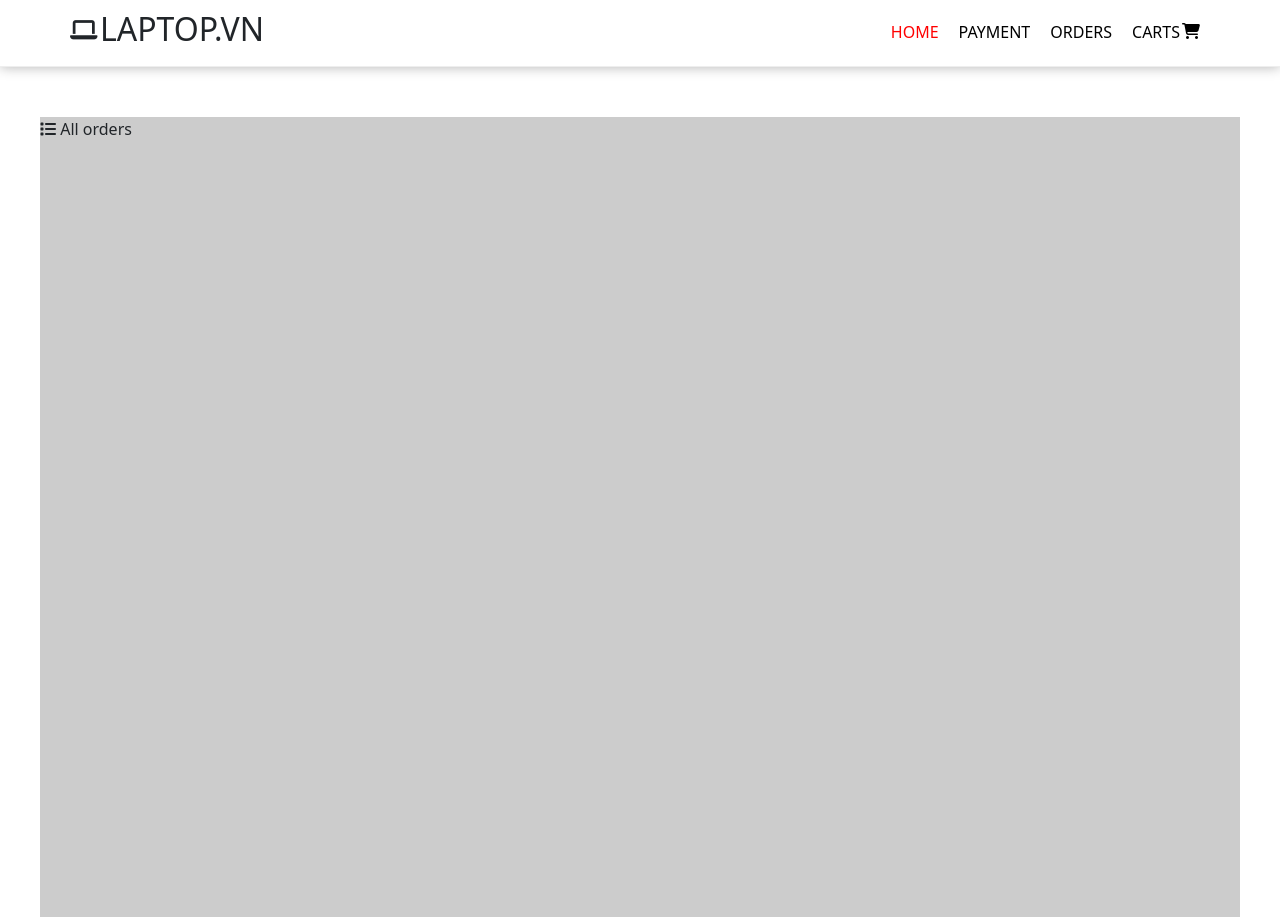
Repository: nguyenhaidang212/danh-sach-ban-hang
Page: index.html
These files come from the project's save history. The page is drawn as it stood at one moment and after the next save; the edit follows.
The browser window is 1280 px wide. The pictures show the whole page.
The page's requests for data from a server got no answer. Some web libraries are served in a nearby version.

Above is the page before, as saved 2023-02-26 17:06:34.
Console error: TypeError: Cannot read properties of null (reading 'forEach')

### index.html
<!DOCTYPE html>
<html lang="en">
  <head>
    <meta charset="UTF-8" />
    <meta http-equiv="X-UA-Compatible" content="IE=edge" />
    <meta name="viewport" content="width=device-width, initial-scale=1.0" />
    <title>LaptopSHOP</title>
    <script
      src="https://kit.fontawesome.com/2568d54abe.js"
      crossorigin="anonymous"
    ></script>
    <link
      href="https://cdn.jsdelivr.net/npm/bootstrap@5.3.0-alpha1/dist/css/bootstrap.min.css"
      rel="stylesheet"
      integrity="sha384-GLhlTQ8iRABdZLl6O3oVMWSktQOp6b7In1Zl3/Jr59b6EGGoI1aFkw7cmDA6j6gD"
      crossorigin="anonymous"
    />
    <script
      src="https://cdn.jsdelivr.net/npm/bootstrap@5.3.0-alpha1/dist/js/bootstrap.bundle.min.js"
      integrity="sha384-w76AqPfDkMBDXo30jS1Sgez6pr3x5MlQ1ZAGC+nuZB+EYdgRZgiwxhTBTkF7CXvN"
      crossorigin="anonymous"
    ></script>
    <link rel="stylesheet" href="style.css" />
  </head>
  <body>
    <header>
      <div class="header">
        <div class="header-title">
          <i class="fa-solid fa-laptop header-icon-title"></i>
          <h2>LAPTOP.VN</h2>
        </div>
        <div class="header-menu">
          <div class="menu-link header-menu-home">
            <span class="none home" href="">HOME</span>
          </div>
          <div class="menu-link header-menu-about">
            <span class="none payment" href="">PAYMENT</span>
          </div>
          <div class="menu-link header-menu-order">
            <span class="none order" href="">ORDERS</span>
          </div>
          <div class="menu-link carts header-menu-bill">
            <span class="none buy_display" href="">CARTS</span>
            <i class="fas fa-shopping-cart buy_display buy_icon"> </i>
          </div>
          <div class="buy_count" style="display: none"></div>
          <div class="line"></div>
        </div>
      </div>
    </header>
    <!-- Trang giao dien -->
    <main class="main_menu" style="display: none">
      <div class="list"></div>
    </main>
    <!-- Trang danh sach -->
    <main class="main_buy" style="display: none">
      <div class="title">
        <span>Product Name</span><span>Quantity</span><span>Subtotal</span
        ><span>Total</span><span>Clear Cart</span>
      </div>
      <div class="img" style="display: none">
        <img src="./imgs/117-1170538_404-your-cart-is-empty.png" alt="" />
      </div>
      <div class="info"></div>
      <div class="buy">
        <button id="back" class="back">Back to Shopping</button>
        <div class="total">
          <strong>Total: $</strong>
          <div class="bill"></div>
          <button id="buy">Buy</button>
        </div>
      </div>
    </main>
    <!-- Trang thong tin -->
    <main class="main_info" style="display: none">
      <div class="buy_form">
        <div class="form_title">
          <h1>Thông tin người mua</h1>
          <i class="fa-solid fa-circle-xmark close"></i>
        </div>
        <div class="form_content">
          <div class="form_grid">
            <div class="username">
              <div class="form_wrong"></div>
              <div class="input-group mb-3">
                <span class="input-group-text" id="basic-addon1">Họ</span>
                <input
                  type="text"
                  class="form-control form_username"
                  aria-label="Username"
                  aria-describedby="basic-addon1"
                />
              </div>
              <div class="form_wrong"></div>
              <div class="input-group mb-3">
                <span class="input-group-text" id="basic-addon1">Tên</span>
                <input
                  type="text"
                  class="form-control form_username2"
                  aria-label="Username"
                  aria-describedby="basic-addon1"
                />
              </div>
            </div>
            <div class="form_wrong"></div>
            <div class="input-group mb-3">
              <span class="input-group-text" id="basic-addon1">Email</span>
              <input
                type="text"
                class="form-control form_email"
                aria-label="Username"
                aria-describedby="basic-addon1"
              />
            </div>
            <div class="form_wrong"></div>
            <div class="input-group mb-3">
              <span class="input-group-text" id="basic-addon1"
                >Số điện thoại</span
              >
              <input
                type="text"
                class="form-control form_number"
                aria-label="Username"
                aria-describedby="basic-addon1"
              />
            </div>
            <div id="address">Địa chỉ</div>
            <div class="form_wrong form_address"></div>
            <div class="address">
              <select
                class="form-select select-city"
                aria-label="Default select example"
              >
                <option selected value="" class="option-city">
                  --Chọn Tỉnh/Thành phố--
                </option>
              </select>
              <select
                class="form-select select-district"
                aria-label="Default select example"
              >
                <option selected>--Chọn Huyện/Quận--</option>
              </select>
              <select
                class="form-select select-ward"
                aria-label="Default select example"
              >
                <option selected>--Chọn Xã--</option>
              </select>
            </div>
            <div class="form_wrong"></div>
            <div class="input-group mb-3">
              <input
                type="text"
                class="form-control form_home"
                placeholder="Số nhà"
                aria-label="Username"
                aria-describedby="basic-addon1"
              />
            </div>
            <div class="form-floating">
              <textarea
                class="form-control form_message"
                placeholder="Leave a comment here"
                id="floatingTextarea2"
                style="height: 100px"
              ></textarea>
              <label for="floatingTextarea2">Lời nhắn</label>
            </div>
          </div>
        </div>
        <div class="confirm">
          <button type="button" class="btn btn-danger cancer">Hủy</button>
          <button type="button" class="btn btn-primary show btn-confirm">
            Trang thanh toán
          </button>
        </div>
      </div>
    </main>
    <!-- Trang thanh toan -->
    <main class="main_confirm" style="display: none">
      <div class="confirm_grid">
        <div class="confirm_title">
          <strong>Code</strong>
        </div>
        <div class="confirm_title"><strong>Customer Name</strong></div>
        <div class="confirm_title"><strong>Date</strong></div>
        <div class="confirm_title"><strong>Item Numbers</strong></div>
        <div class="confirm_title"><strong>Total Quantity</strong></div>
        <div class="confirm_title"><strong>Totol Price</strong></div>
        <div class="confirm_title"><strong>Return</strong></div>
      </div>
      <div class="confirm_item_buy" style="display: none">
        <i class="fa-solid fa-circle-xmark close_list"></i>
        <div class="item_buy_title">
          <strong>Name</strong> <strong>Price</strong><strong>Quantity</strong>
        </div>
      </div>
      <div class="confirm_btn">
        <button class="back" id="back2">Back to Shopping</button>
        <button class="finish" id="">Xác nhận</button>
      </div>
      <div class="max_item"></div>
    </main>
    <!-- Don hang thanh cong -->
    <div class="success" style="display: none">
      Bạn đã mua hàng thành công !
    </div>
    <!-- Trang danh sach don hang -->
    <main id="order">
      <div class="order-title">
        <i class="fa-solid fa-list"></i>
        <span>All orders</span>
      </div>
    </main>
    <script src="main.js"></script>
    <script src="api.js"></script>
    <script src="style.js"></script>
  </body>
</html>

### style.css
* {
  padding: 0;
  margin: 0;
  box-sizing: border-box;
}
.form {
  display: inline-grid;
  grid-template-columns: 150px 150px 150px 150px;
  column-gap: 20px;
  row-gap: 20px;
  text-align: center;
  margin-bottom: 20px;
}
/* header */
.header {
  display: flex;
  border-bottom: 1px solid #eee;
  width: 100%;
  padding: 10px 100px 10px;
  justify-content: space-between;
  box-shadow: 0 0 12px 0 rgba(0, 0, 0, 0.3);
}
.header-title {
  display: flex;
  font-size: 20px;
}
.header-icon-title {
  position: absolute;
  left: 70px;
  top: 19px;
  font-size: 22px;
}
.none {
  cursor: pointer;
}
.header-menu {
  display: flex;
  grid-template-columns: 50px 50px 50px 50px;
  column-gap: 20px;
  margin-top: 10px;
  position: relative;
}
li {
  list-style: none;
}
li:hover {
  cursor: pointer;
}
.line {
  height: 2px;
  background-color: red;
  position: fixed;
  pointer-events: none;
  transition: all 0.2s linear;
}
.home {
  color: red;
}
/* .header-menu::after {
  width: 40px;
  height: 2px;
  background-color: red;
  content: "";
  position: absolute;
  top: 30px;
  left: 0;
  transition: transform linear 0.1s;
} */

.header-menu {
  text-decoration: none;
  color: black;
  position: relative;
}
.buy_count {
  width: 24px;
  height: 24px;
  padding: 4px;
  background-color: red;
  position: absolute;
  border-radius: 50%;
  right: -36px;
  border: 2px solid #fff;
  top: -12px;
  color: white;
  line-height: 12px;
  font-size: 12px;
  text-align: center;
}
/* main_menu */
main {
  width: 1200px;
  margin: 20px auto;
}
.list {
  display: grid;
  margin: 0 225px;
  grid-template-columns: 180px 180px 180px 180px;
  column-gap: 10px;
  row-gap: 20px;
  text-align: center;
}
.item {
  border: 2px solid #eee;
  position: relative;
  z-index: 1;
  box-shadow: 0 1px 2px 0 rgba(0, 0, 0, 0.1);
  transition: transform linear 0.1s;
  /* max-height: 200px;
  overflow: hidden; */
}
.item:hover {
  box-shadow: 0 1px 20px 0 rgba(0, 0, 0, 0.05);
  transform: translateY(-1px);
}
.item-imgs {
  width: 100%;
  height: 180px;
  display: flex;
  justify-content: center;
  align-items: center;
  margin-bottom: 8px;
  overflow: hidden;
}
.item-img {
  text-align: center;
  width: 100%;
}
.item-title {
  font-weight: 600;
  margin-bottom: 4px;
  padding: 0 8px;
  height: 40px;
  line-height: 20px;
  font-size: 18px;
  overflow: hidden;
  display: block;
  display: -webkit-box;
  -webkit-box-orient: vertical;
  -webkit-line-clamp: 2;
}
.item-info {
  display: flex;
  justify-content: space-between;
  margin: 5px;
  padding: 0 10px;
  font-size: 12px;
}
.item-icon {
  position: absolute;
  border-radius: 50%;
  width: 30px;
  height: 30px;
  line-height: 30px;
  bottom: 36px;
  right: -4px;
}
.item-add {
  color: #fe6332;
  cursor: pointer;
  position: absolute;
  top: -15px;
  right: 8px;
}
.buy_display {
  cursor: pointer;
}
.buy_icon {
  position: absolute;
  right: -20px;
  top: 3px;
}
/* main_buy */
.back,
.finish {
  background-color: #fe6332;
  color: white;
  border-radius: 4px;
  width: 200px;
  height: 30px;
  border: none;
  cursor: pointer;
}
#buy {
  background-color: #27aa99;
  color: white;
  border-radius: 4px;
  width: 50px;
  height: 30px;
  border: none;
  cursor: pointer;
}
.title {
  display: grid;
  grid-template-columns: 600px 200px 100px 100px 100px;
  text-align: center;
  margin-bottom: 20px;
  font-weight: 700;
}
.list_buy {
  display: flex;
  text-align: center;
  margin-bottom: 12px;
  max-height: 400px;
}
.buy-name {
  width: 600px;
  height: 30px;
  text-align: left;
  line-height: 30px;
  display: -webkit-box;
  -webkit-box-orient: vertical;
  overflow: hidden;
  -webkit-line-clamp: 1;
  margin-right: 45px;
}
.buy-quality {
  width: 150px;
  display: grid;
  grid-template-columns: 30px 50px 20px;
}
.buy-price,
.buy-del,
.buy-sum,
.return_item {
  width: 100px;
}
.buy-price {
  margin-right: 8px;
}
.buy {
  margin: auto;
  display: flex;
  justify-content: space-between;
  margin-top: 50px;
}
#buy {
  margin-right: 40px;
}
.img {
  text-align: center;
}
.buy-del,
.return_item {
  color: red;
  cursor: pointer;
}
.plus-icon,
.minus-icon {
  /* margin: 0 24px; */
  cursor: pointer;
  border: 1px solid #eee;
  padding: 4px;
  border-radius: 50%;
  height: 30px;
  width: 30px;
}
.plus-icon:hover {
  background-color: #fe6332;
}
.minus-icon:hover {
  background-color: #27aa99;
}
.total {
  display: flex;
  align-items: center;
}
.bill {
  margin-right: 30px;
}
/* Trang thanh toan */
.buy_form {
  border: 1px solid rgba(128, 128, 128, 1);
  margin: 0 auto;
  background-color: white;
}
.form_title {
  display: flex;
  justify-content: space-between;
  margin: 20px;
}
.form_content {
  border-top: 1px solid #eee;
  border-bottom: 1px solid #eee;
  padding: 30px 20px;
}
.form_com .username {
  display: flex;
  justify-content: space-between;
  column-gap: 20px;
}
.address {
  display: flex;
  justify-content: space-between;
}
.dropdown {
  text-align: center;
  margin-bottom: 10px;
}
.form_title i {
  cursor: pointer;
}
.confirm {
  text-align: right;
  padding: 20px;
}
.close:hover {
  opacity: 0.8;
}
.form-select {
  width: 300px;
  text-align: center;
}
.form_wrong {
  color: red;
  font-size: 15px;
}
.address {
  margin-bottom: 12px;
}
/* Trang thanh toan */
.confirm_grid {
  display: grid;
  text-align: center;
  grid-template-columns: 150px 250px 100px 200px 200px 200px 100px;
  grid-template-rows: 20px;
  row-gap: 12px;
}
.confirm_name {
  height: 20px;
  line-height: 20px;
  overflow: hidden;
  text-overflow: ellipsis;
}
#back2,
.finish {
  margin-top: 12px;
}
.details {
  color: blue;
  cursor: pointer;
}
.details:hover {
  text-decoration: underline;
}
.confirm_item_buy {
  width: 600px;
  margin: 12px;
  padding: 8px;
  border: 1px solid #eee;
  border-radius: 4px;
}
.item_buy,
.item_buy_title {
  display: grid;
  grid-template-columns: 50% 25% 25%;
  column-gap: 8px;
  row-gap: 8px;
  text-align: center;
}
.item_buy_name {
  height: 50px;
  line-height: 25px;
  overflow: hidden;
  display: -webkit-box;
  -webkit-box-orient: vertical;
  -webkit-line-clamp: 2;
}
.close_list {
  cursor: pointer;
}
.close_list:hover {
  opacity: 0.8;
}
.max_item {
  text-align: center;
  color: red;
  font-size: 20px;
  margin: 12px;
  margin-top: 30px;
}
.confirm_btn {
  display: flex;
  justify-content: space-between;
  margin-top: 12px;
}
.finish {
  background-color: #198754;
  width: max-content;
  padding: 0 12px;
}
.back:hover {
  opacity: 0.8;
}
.finish:hover {
  opacity: 0.8;
}
.info {
  color: red;
  font-size: 20px;
  text-align: center;
  margin-top: 12px;
}
/* Success */
.success {
  font-size: 20px;
  font-weight: 600;
  color: white;
  background-color: #0d6efd;
  width: max-content;
  margin: 200px auto;
  text-align: center;
  padding: 20px;
  border-radius: 8px;
  cursor: pointer;
}
/* Trang danh sach don hang */
#order {
  width: 1200px;
  height: 800px;
  margin: auto;
  margin-top: 50px;
  background-color: #ccc;
}

### style.js
const menu = document.querySelectorAll(".menu-link");
const line = document.querySelector(".line");
menu.forEach((e) => {
  e.addEventListener("mouseenter", (e) => {
    const { left, top, width, height } = e.target.getBoundingClientRect();
    const offSetBottom = -2;
    line.style.width = `${width}px`;
    line.style.left = `${left}px`;
    line.style.top = `${top + height + offSetBottom}px`;
  });
});
document.querySelector(".header-menu").addEventListener("mouseleave", (e) => {
  line.style.width = 0;
});

Loaded but not shown: main.js (571 lines, source omitted); api.js (394 lines, source omitted)

After the next save:
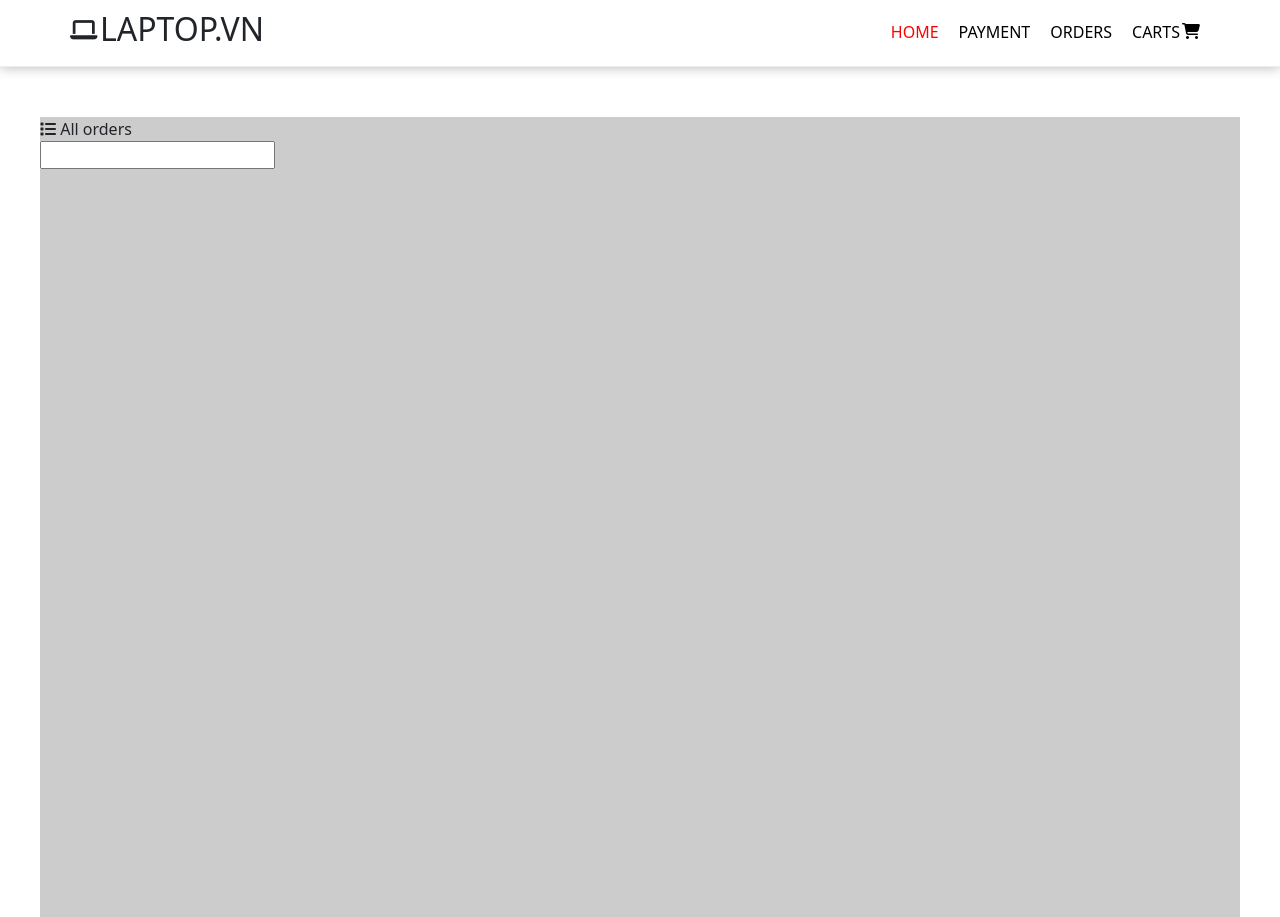
Saved 39 s later.
--- a/index.html
+++ b/index.html
@@ -212,6 +212,7 @@
         <i class="fa-solid fa-list"></i>
         <span>All orders</span>
       </div>
+      <input type="search" />
     </main>
     <script src="main.js"></script>
     <script src="api.js"></script>
